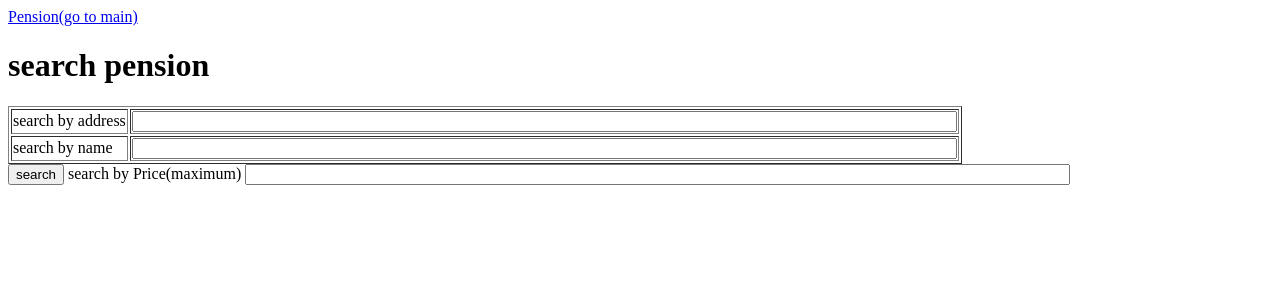
Repository: spero-spera/termproject
Page: http://localhost/pension/search.php
The author's editor kept a record of every edit. The page is drawn from the files as they stood at one moment, then again after the next edit.
The browser window is 1280 px wide. The pictures show the whole page.
The page is run by PHP 8.4 with error messages shown; the project is at /var/www/html/.

Above is the page before.

After the next edit:
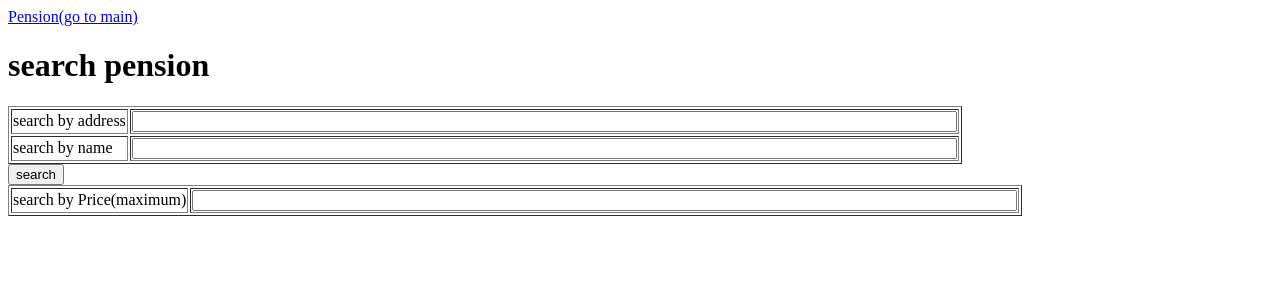
The edit:
--- a/pension/search.php
+++ b/pension/search.php
@@ -22,7 +22,7 @@
   </table>
  <input type=submit value="search">
 
-
+<table border="1">
   <tr>
    <td>search by Price(maximum)</td>
    <td><input type="text" size="100" name="Price"></td>
